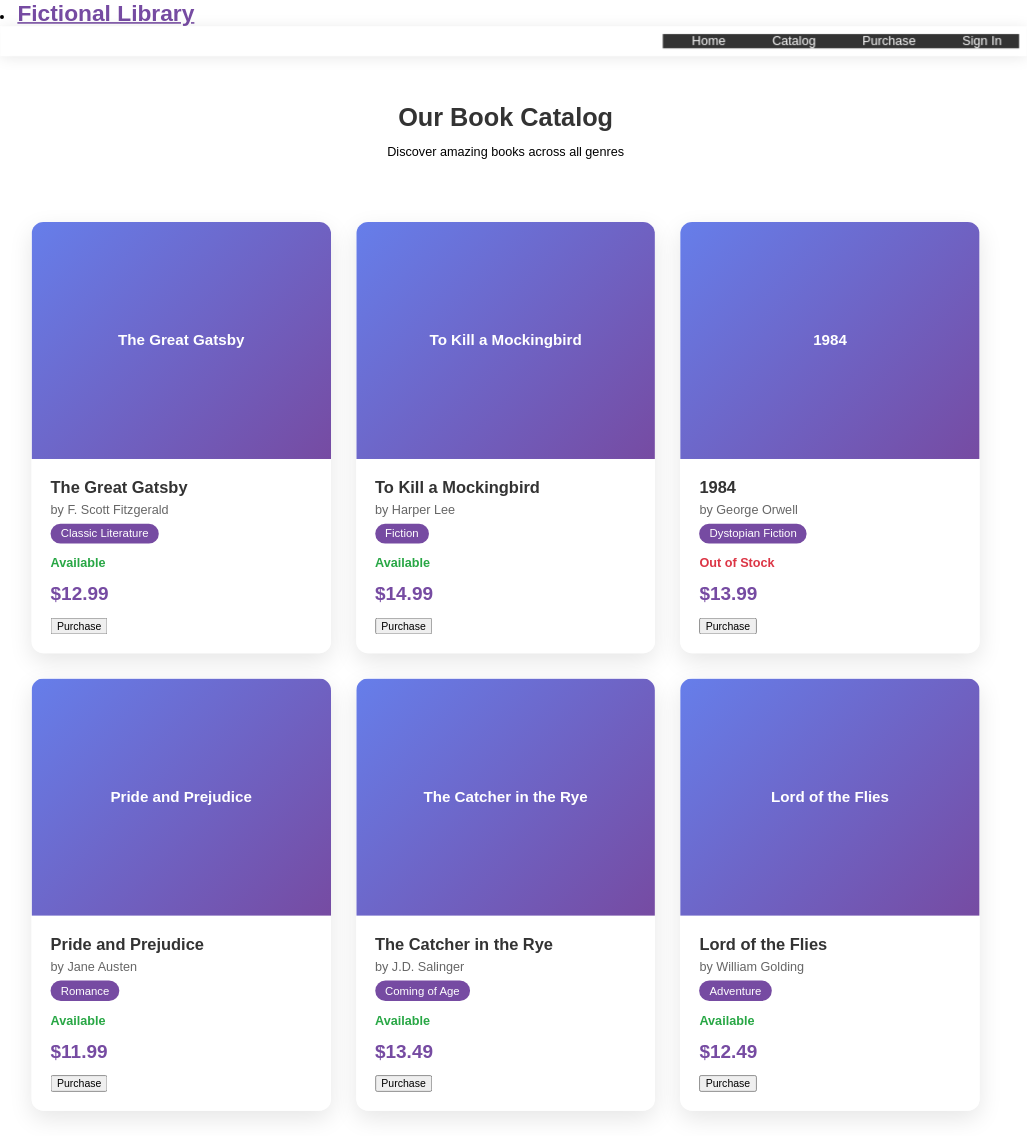
Repository: Ibrahim-Abohola/BookStore
Page: catalog.html
An editor plug-in stored every save of this project. The page is shown before and after a run of saves, followed by the edit.
The browser window is 1280 px wide. The page is 1300 px wide, so the pictures cover 1300 px, including what lies to the right of the window. The pictures show the whole page, at 79% of full size.

Above is the page before, as saved 2025-07-15 21:13:15.

After the next 2 saves:
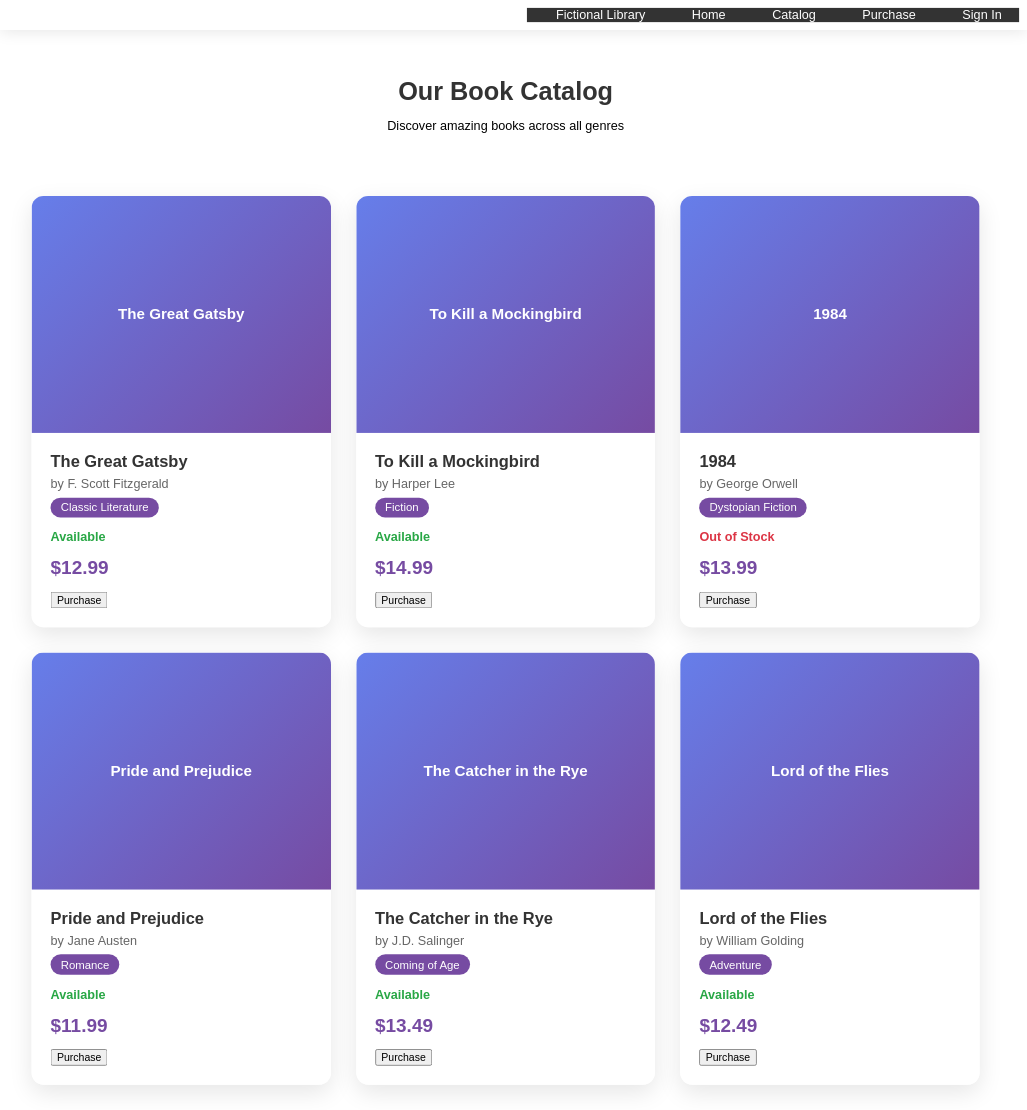
The 2 saves are shown as one change because they came seconds apart.
The last was saved 100 s later.
--- a/catalog.html
+++ b/catalog.html
@@ -7,9 +7,9 @@
     <title>Catalog</title>
     </head>
     <body>
-    <li><a href="Homepage.html" class = "logo">Fictional Library</a></li>
     <nav class="top-nav">
     <ul>
+      <li><a href="Homepage.html" >Fictional Library</a></li>
       <li><a href="Homepage.html">Home</a></li>
       <li><a href="catalog.html">Catalog</a></li>
       <li><a href="purchase.html">Purchase</a></li>
